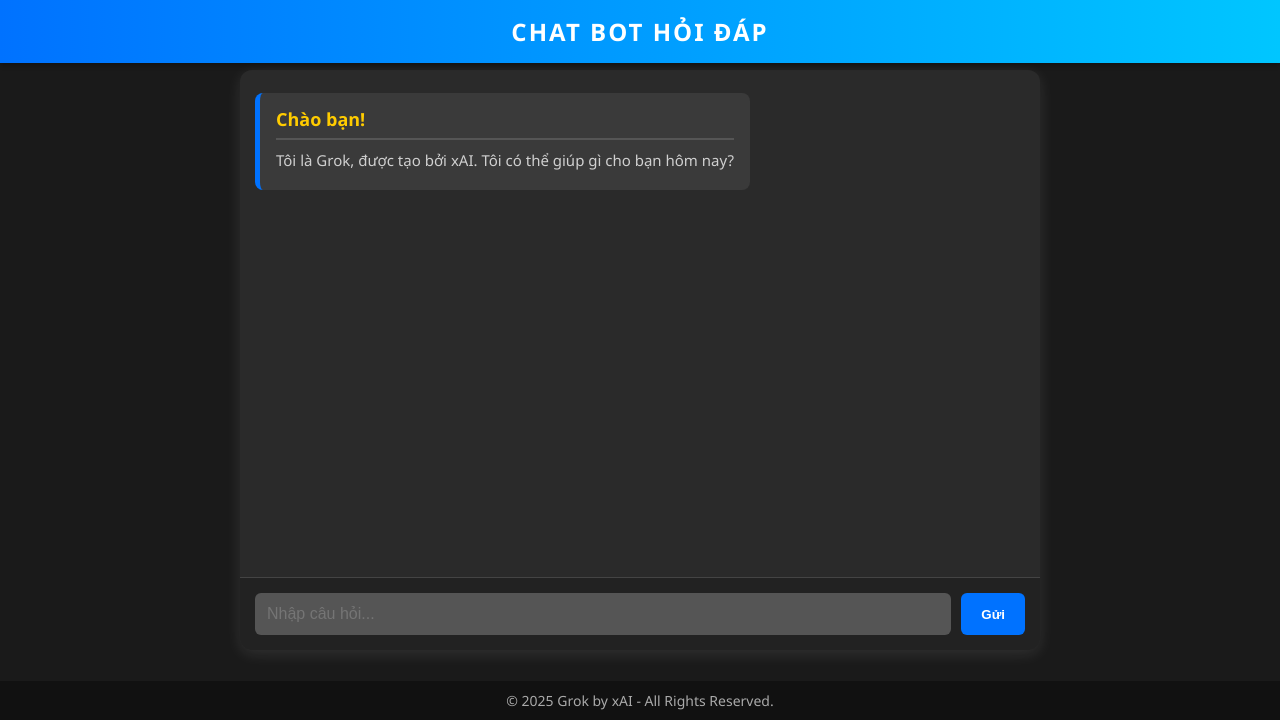
Repository: quankenda73/Prject_Final
Page: INDEX/chatbot.html
These files come from the project's save history. The page is drawn as it stood at one moment and after the next save; the edit follows.
The browser window is 1280 px wide. The pictures show the whole page.

Above is the page before, as saved 2025-03-05 15:32:44.

After the next save:
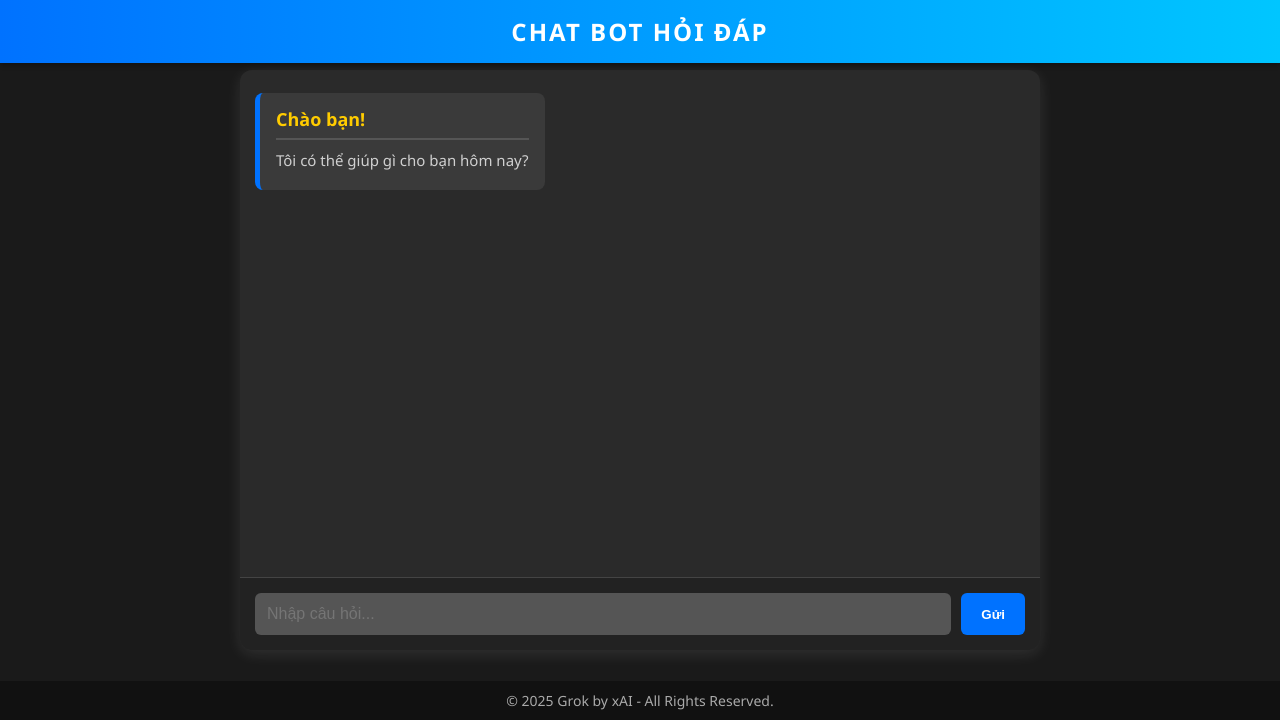
Saved 3 min 12 s later.
--- a/INDEX/chatbot.html
+++ b/INDEX/chatbot.html
@@ -267,7 +267,7 @@
         <div class="chat-box" id="chat-body">
             <div class="chat-message bot-message">
                 <h3>Chào bạn!</h3>
-                <p>Tôi là Grok, được tạo bởi xAI. Tôi có thể giúp gì cho bạn hôm nay?</p>
+                <p>Tôi có thể giúp gì cho bạn hôm nay?</p>
             </div>
         </div>
         <div class="chat-input">
